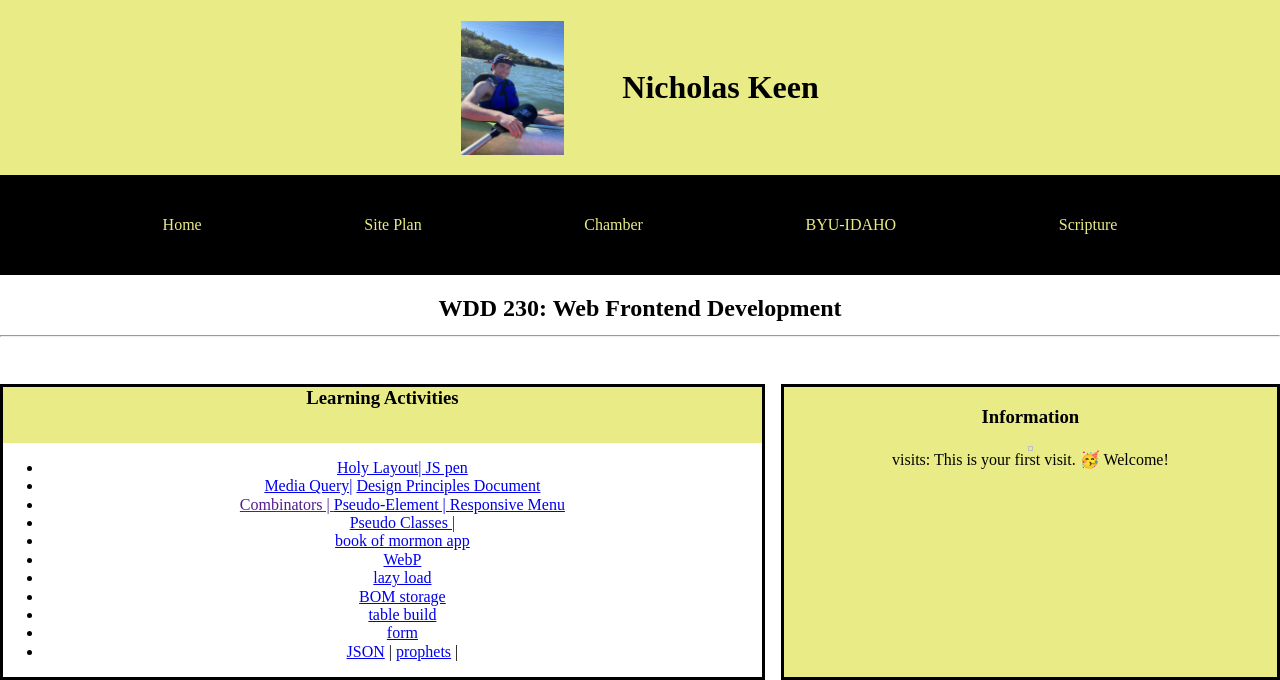
Repository: nak97/WDD230
Page: index.html
These files come from the project's save history. The page is drawn as it stood at one moment and after the next save; the edit follows.
The browser window is 1280 px wide. The pictures show the part of the page from y = 0 to 680 px (the page is 1269 px tall).
Pictures or frames that could not be fetched are drawn as grey boxes. Some icons come from a web library that is not loaded, so they are not drawn. Some web libraries are served in a nearby version.

Above is the page before, as saved 2023-11-16 14:50:02.

After the next save:
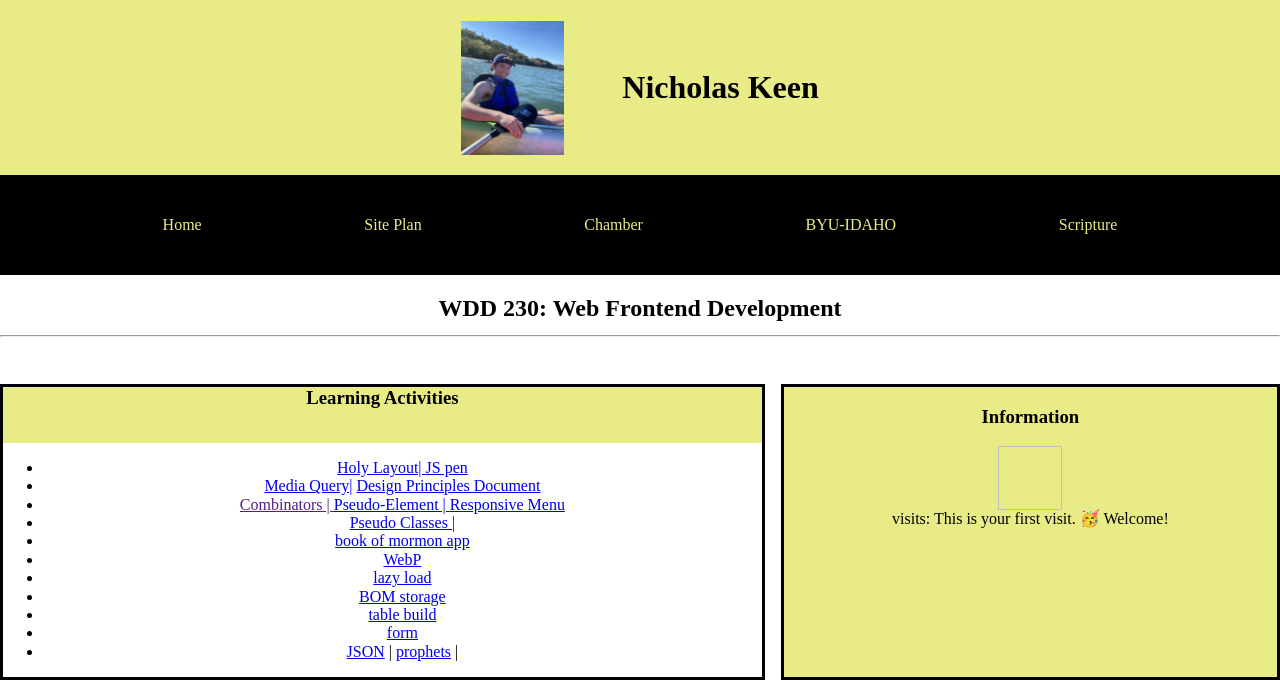
Saved 86 s later.
--- a/styles/base.css
+++ b/styles/base.css
@@ -113,8 +113,8 @@ iframe {
 }
 #icon {
   margin: 0;
-  height: 5px;
-  width: 5px;
+  height: 4rem;
+  width: 4rem;
   padding: 0;
 
 }
